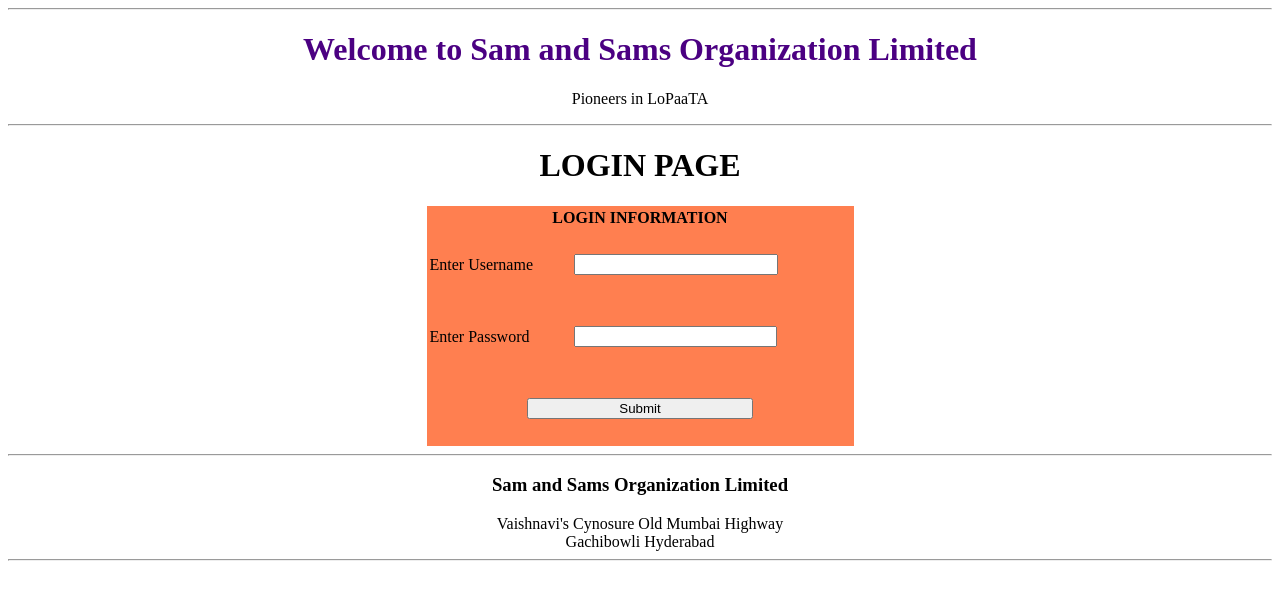
Repository: somnath0796/DeveloperMaterials
Page: http://localhost/JspApp/login.jsp
An editor plug-in stored every save of this project. The page is shown before and after the next save, followed by the edit.
The browser window is 1280 px wide. The pictures show the whole page.
The page is served by Tomcat 9.

Above is the page before, as saved 2018-02-02 06:25:02.

After the next save:
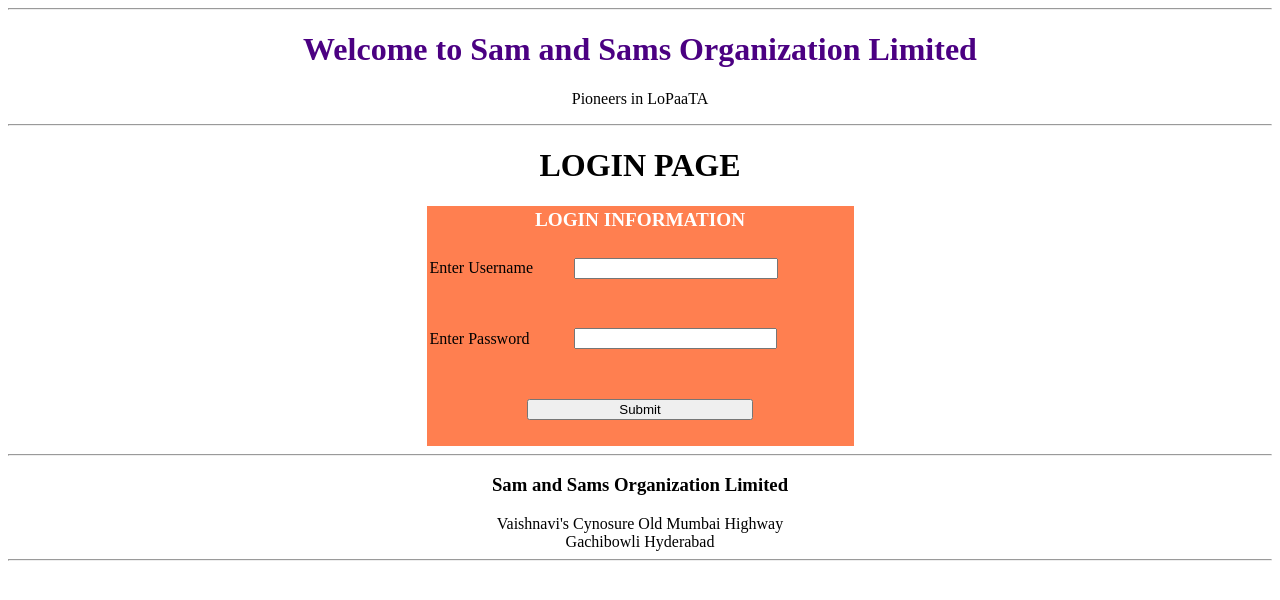
Saved 76 s later.
--- a/JspApp/WebContent/login.jsp
+++ b/JspApp/WebContent/login.jsp
@@ -14,7 +14,7 @@
 		<table style="background-color: Coral; height: 240px; width: 427px">
 			<thead>
 				<tr>
-					<th colspan="2"><center> LOGIN INFORMATION</center></th>
+					<th colspan="2" style="color: White; "><center> <b><big>LOGIN INFORMATION</big></b></center></th>
 				</tr>
 			</thead>
 			<tr>
